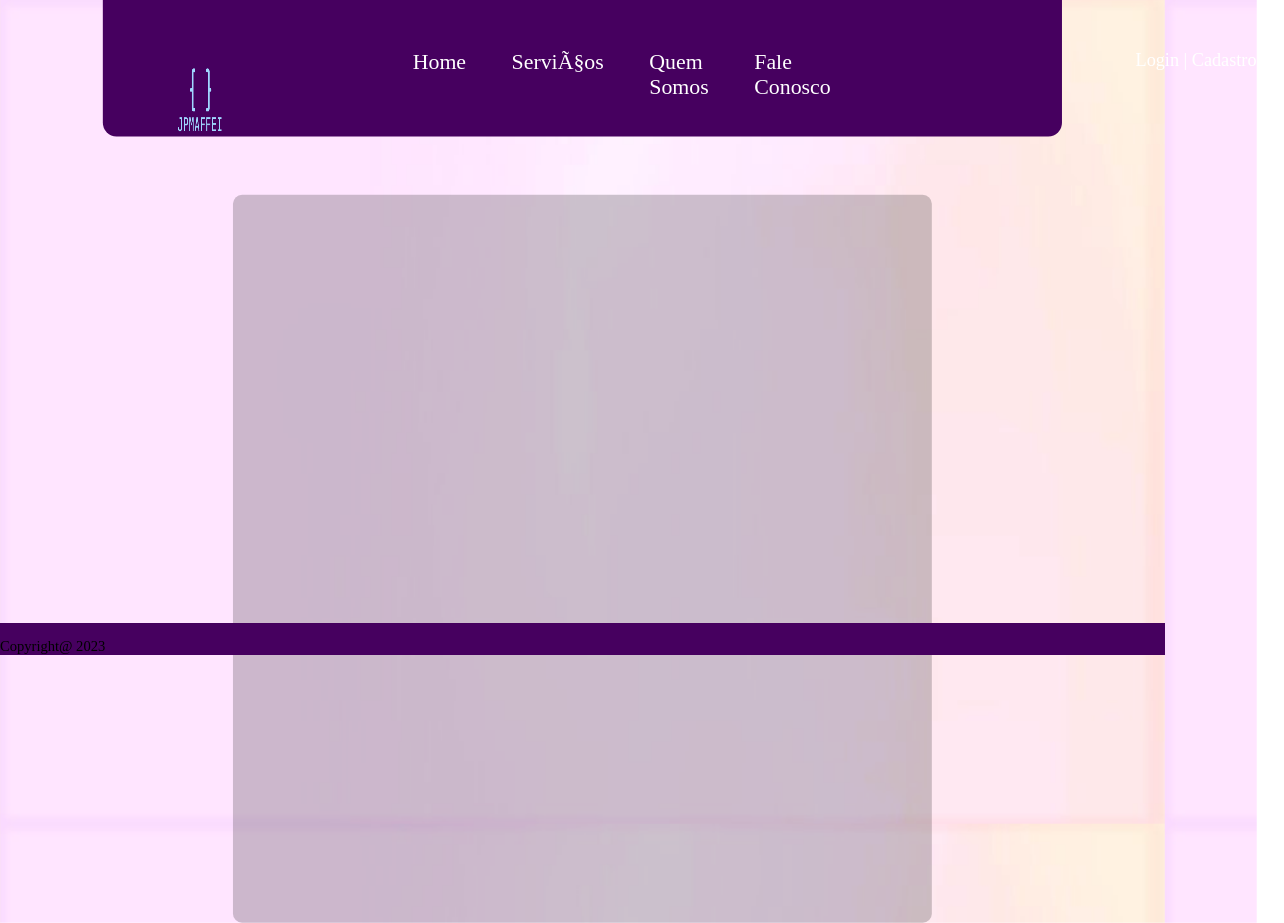
Repository: jpmaffei18/PROJETO_JAVA
Page: http://localhost/FinalWeb/home.jsp
These files come from the project's save history. The page is drawn as it stood at one moment and after a run of saves; the edit follows.
The browser window is 1280 px wide. The page is 1381 px wide, then 1411 px, so the pictures cover 1411 px, including what lies to the right of the window. The pictures show the whole page, at 91% of full size.
Backgrounds fixed to the window are drawn as part of the page. The page is served by Tomcat 9. Other server files are loaded and not shown.

Above is the page before, as saved 2023-03-31 14:19:01.

### FinalWeb/src/main/webapp/home.jsp

<!DOCTYPE html>
<html lang="en">
    <head>
        <meta charset="UTF-8">
        <meta http-equiv="X-UA-Compatible" content="IE=edge">
        <meta name="viewport" content="width=device-width, initial-scale=1.0">
        <link href="home.css" rel="stylesheet">
        <link href="imagens/icon.png" rel="icon">
        <title>HOME</title>
    </head>
<body>
  <header>
  <img src="imagens/logo.png" class="logo">

    <ul>
        <li> Home</li>
        <li> Serviços</li>
        <li> Quem Somos</li>
        <li> Fale Conosco</li>
    </ul>

    <div class="logincadastro">
    <p><a href="logincadastro.html">Login </a></p> <p>|</p> <p><a href="index.php">Cadastro </a></p>
    </div>

</header>

<div class="conteudo">

</div>




<footer class="rodape"> <p>Copyright@ 2023</p> </footer>
</body>
</html>

### FinalWeb/src/main/webapp/home.css
@charset "ISO-8859-1";

body{
    margin: 0;
        background: url(imagens/fundoroxo.jpg) center center no-repeat fixed;
        -webkit-background-size: cover;
        -moz-background-size: cover;
        -o-background-size: cover;
        background-size: cover;
        overflow: scroll;
      }


header{
    background-color: #46005F;
    width: 80%;
    height: 120px;
    margin:auto;
    border-bottom-left-radius: 15px;
    border-bottom-right-radius: 15px;
    color: white;
    padding: 15px;
    display: flex;
}

.logo{
    width: 12%;
    height: 200px;
    margin-left: 3%;
}

header ul{
    display: flex;
    margin-left: 8%;
    margin-top:40px;
}

header li{
    list-style: none;
    font-size: 24px;
    margin-left: 50px;
}

.conteudo{
    background-color: rgba(0,0,0,.20);
    width: 60%;
    height:800px;
    margin: auto;
    margin-top: 5%;
    border-radius:10px;
}

.logincadastro{
    display: flex;
    margin-left: 330px;
    margin-top: 20px;
    font-size: 20px;


}

.logincadastro p{
    margin-left: 5px;
    color:white;
}

.logincadastro a{
    text-decoration: none;
    color: white;
}

.rodape{
background: #46005F;
width: 100%;
height: 35px;
position: fixed;
bottom: 0;
left: 0;
}

After the next 2 saves:
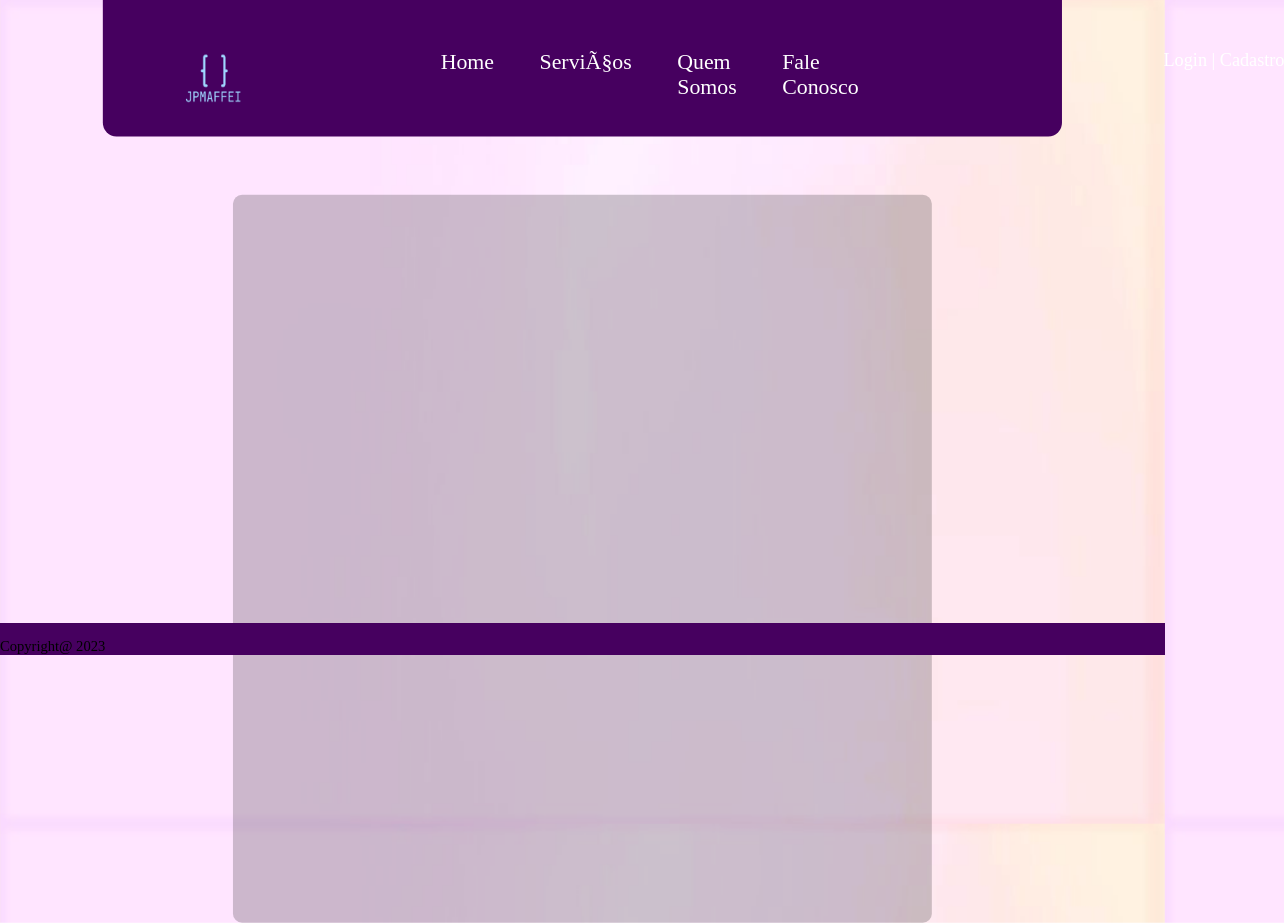
The 2 saves are shown as one change because they came seconds apart.
The last was saved 11 s later.
--- a/FinalWeb/src/main/webapp/home.css
+++ b/FinalWeb/src/main/webapp/home.css
@@ -24,8 +24,8 @@ header{
 }
 
 .logo{
-    width: 12%;
-    height: 200px;
+    width: 15%;
+    height: 150px;
     margin-left: 3%;
 }
 
